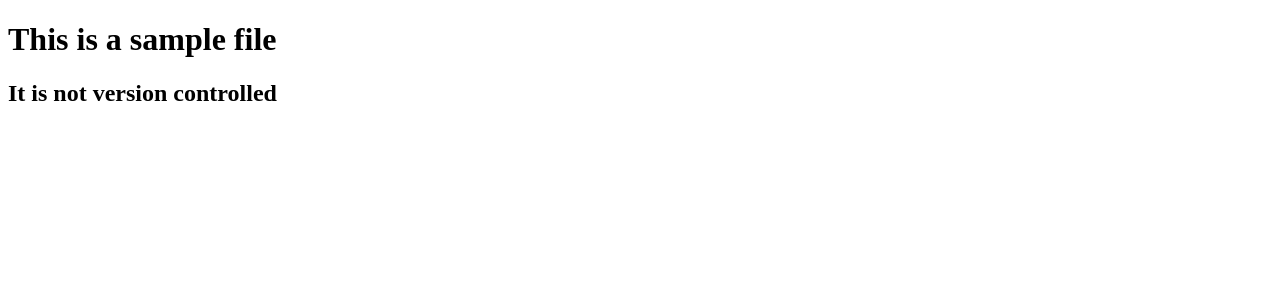
Repository: ajayasharma/project02
Page: file1.html
An editor plug-in stored every save of this project. The page is shown before and after the next save, followed by the edit.
The browser window is 1280 px wide. The pictures show the whole page.

Above is the page before, as saved 2020-10-10 20:55:50.

After the next save:
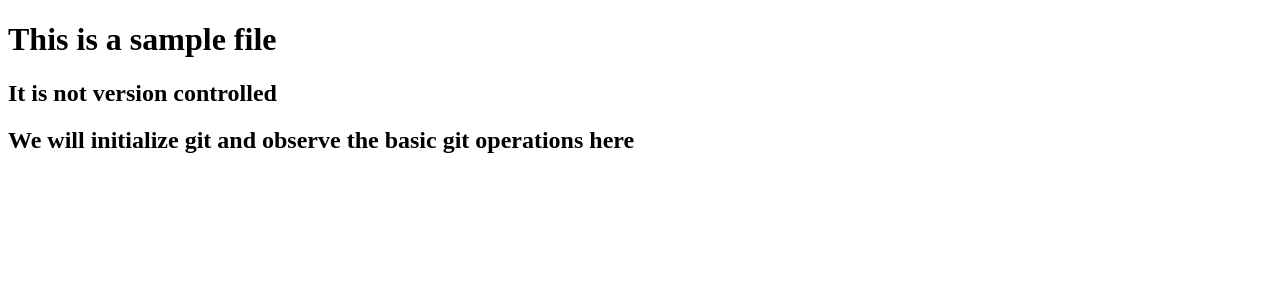
Saved 53 s later.
--- a/file1.html
+++ b/file1.html
@@ -8,5 +8,6 @@
 <body>
     <h1>This is a sample file</h1>
     <h2>It is not version controlled</h2>
+    <h2>We will initialize git and observe the basic git operations here</h2>
 </body>
 </html>
